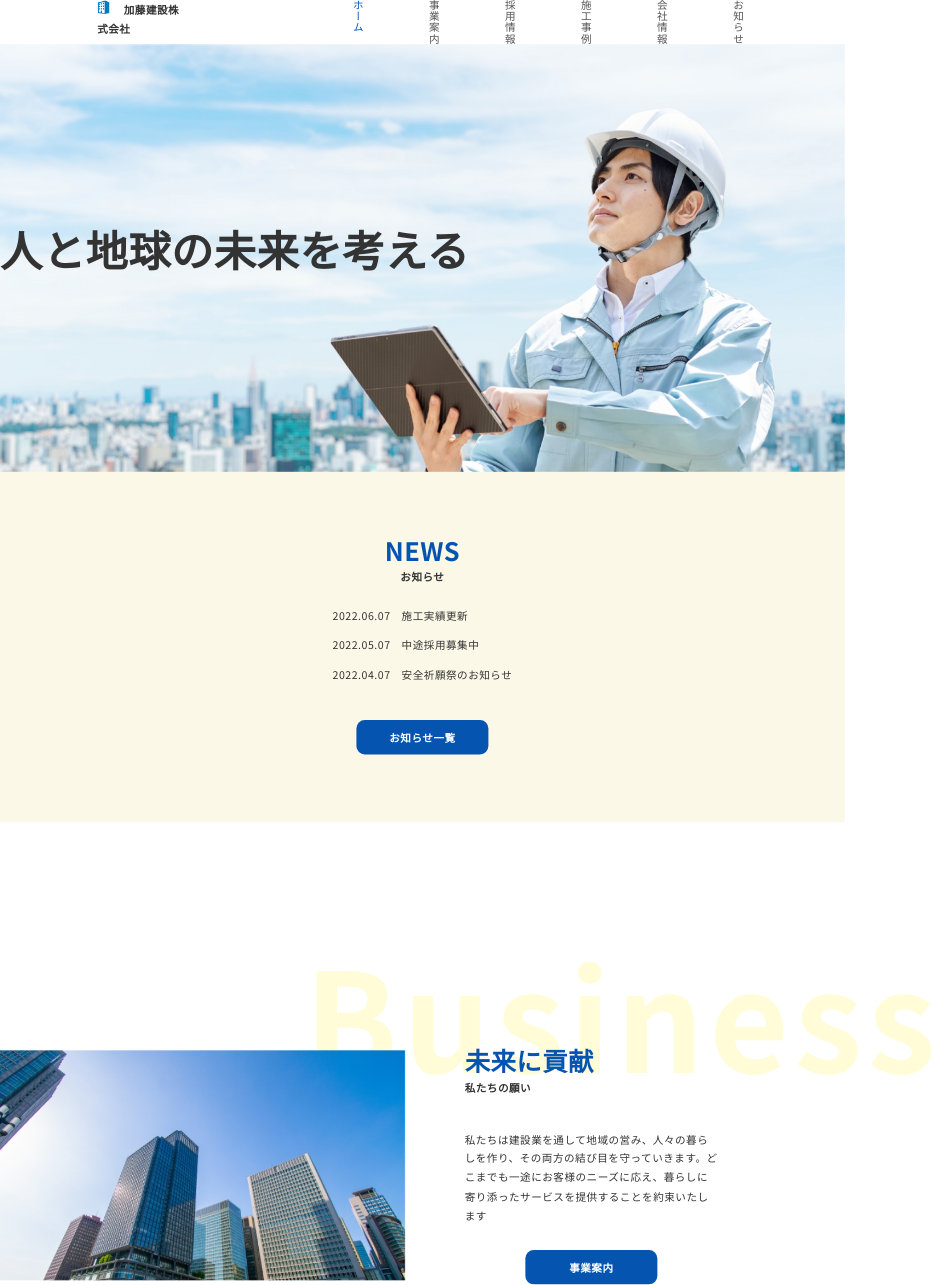
Repository: nozomi-23/hp1_test
Page: index.html
An editor plug-in stored every save of this project. The page is shown before and after the next save, followed by the edit.
The browser window is 1280 px wide. The page is 1425 px wide, then 1395 px, so the pictures cover 1425 px, including what lies to the right of the window. The pictures show the whole page, at 66% of full size.

Above is the page before, as saved 2022-06-12 14:58:17.

After the next save:
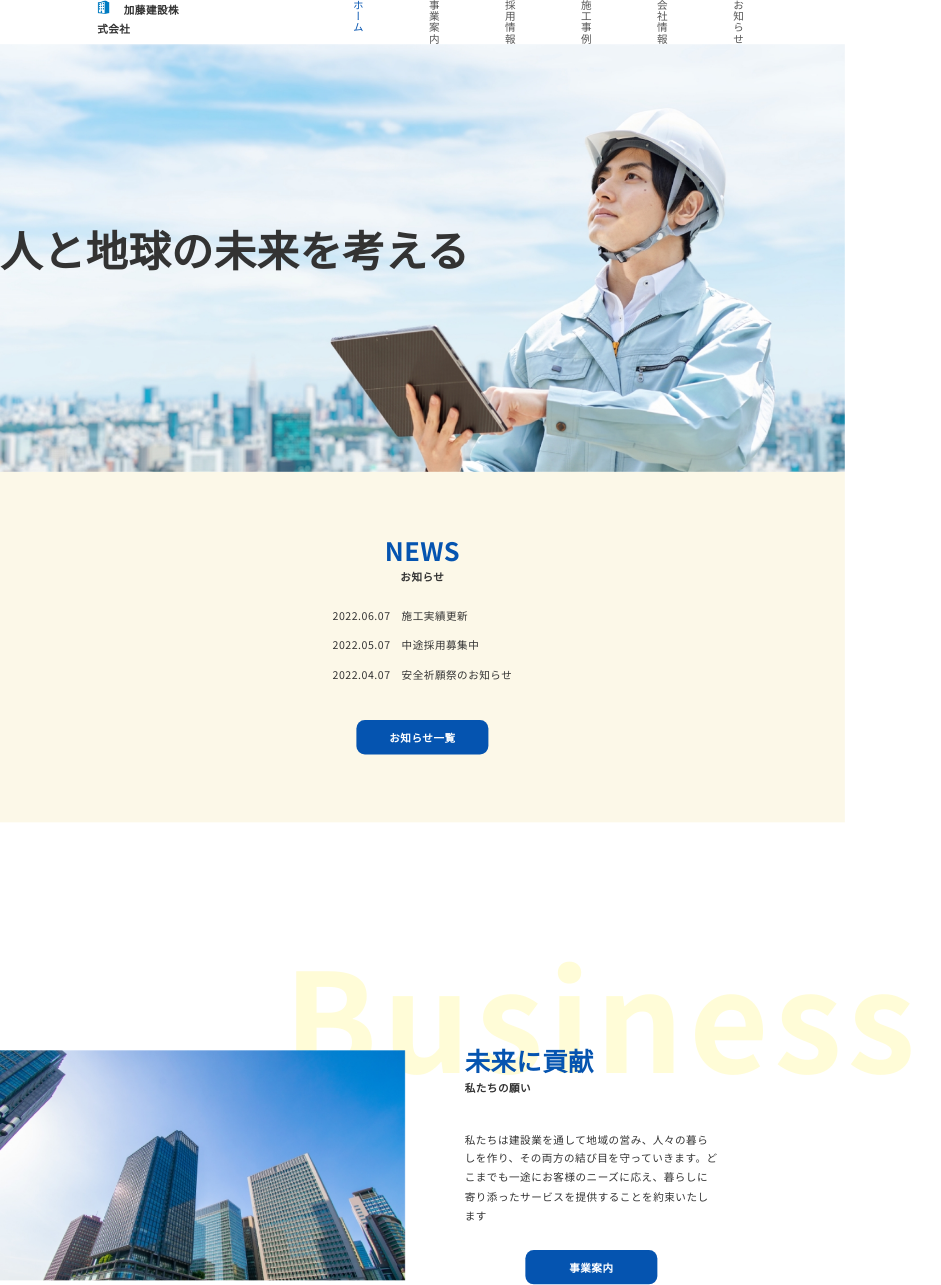
Saved 89 s later.
--- a/css/index.css
+++ b/css/index.css
@@ -110,7 +110,7 @@ business
   width: 80%;
 }
 .business_bg_wrapper {
-  width: 80%;
+  width: 83%;
   margin-left: auto;
 }
 .business_bg_item {
